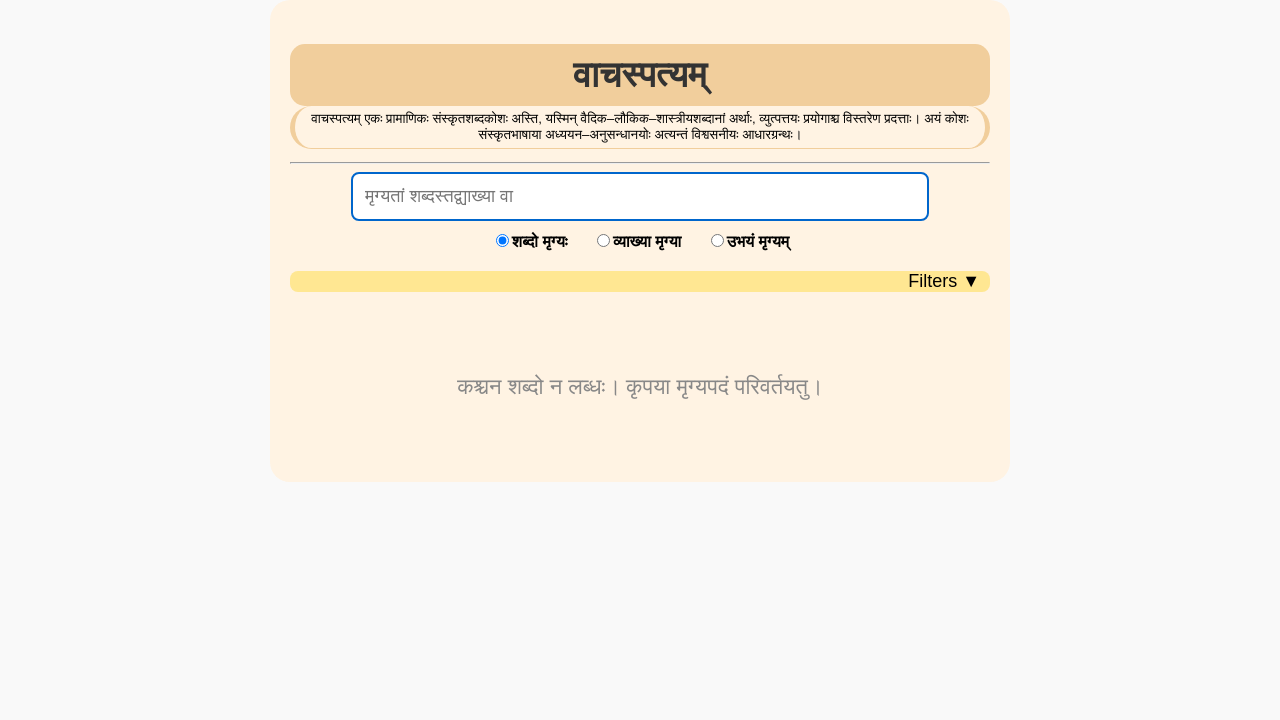
Repository: sanskritsphere/vachaspatyam-demo
Page: index.html
An editor plug-in stored every save of this project. The page is shown before and after the next save, followed by the edit.
The browser window is 1280 px wide. The pictures show the whole page.

Above is the page before, as saved 2025-12-14 17:03:56.

### index.html
<!DOCTYPE html>
<html lang="sa">
<head>
    <meta charset="UTF-8">
    <meta name="viewport" content="width=device-width, initial-scale=1.0">
    <link rel="styleSheet" type="text/css" href="style.css">
    <title>वाचस्पत्यम् शब्दकोशः</title>

</head>
<body>
    <div class="container">
    <header>
        <h1>वाचस्पत्यम्</h1>
    <p class="small">वाचस्पत्यम् एकः प्रामाणिकः संस्कृतशब्दकोशः अस्ति, यस्मिन् वैदिक–लौकिक–शास्त्रीयशब्दानां अर्थाः, व्युत्पत्तयः प्रयोगाश्च विस्तरेण प्रदत्ताः।
अयं कोशः संस्कृतभाषाया अध्ययन–अनुसन्धानयोः अत्यन्तं विश्वसनीयः आधारग्रन्थः।</p>
    </header>
    <hr>

    <div id="searchContainer">
        <input type="text" id="search" placeholder="मृग्यतां शब्दस्तद्व्याख्या वा">
        <div class="search-options">
            <label><input type="radio" name="searchMode" value="wordOnly" checked>शब्दो मृग्यः</label>
            <label><input type="radio" name="searchMode" value="meaningOnly">व्याख्या मृग्या</label>
            <label><input type="radio" name="searchMode" value="both">उभयं मृग्यम्</label>
        </div>
    </div>
    <div class="toggle-btn" id="toggleFilters">
    Filters
    <span class="arrow">▼</span>
 </div>
    <div class="filters" id="filtersPanel">
        <div class="filter-group" id="startingLetterGroup">
            <label>आद्यक्षरानुक्रमेण पृथक्करणम्</label>
            <select id="startingLetterFilter">
                <option value="">सर्वाणि आद्यक्षराणि</option>
            </select>
        </div>

        <div class="filter-group" id="gcGroup">
            <label>लिङ्गशः पृथक्करणम्</label>
            <select id="gcFilter">
                <option value="">सर्वलिङ्गानि</option>
            </select>
        </div>

        <!-- टैग विज़िबिलिटी -->
        <div class="filter-group" style="grid-column: 1 / -1;" id="tagVisibilityGroup">
            <label>दर्शयितुमिष्टानि खण्डानि चिन्वीत</label>
            <div class="tag-visibility" id="tagVisibility">
                <!-- डायनामिकली जनरेट होगा -->
            </div>
        </div>

        <!-- नए टैग फ़िल्टर सेक्शन -->
        <div class="filter-group" style="grid-column: 1 / -1;" id="tagFiltersGroup">
            <label>टैग्-मूल्येन विशिष्टमानानि चीयन्ताम्</label>
            <div class="tag-filters" id="tagFilters">
                <!-- XML से सभी टैग्स के लिए डायनामिक सिलेक्ट बॉक्स जनरेट होंगे -->
            </div>
        </div>
    </div>

    <div id="results"></div>
</div>
    <script>

        let dictionary = [];
        let allTags = new Set();
        let filteredEntries = [];
        let tagValues = {}; // { tag: Set of values }
        let startingLetters = new Set();
        let gcValues = new Set();
        let currentPage = 1;
        const itemsPerPage = 2;
        // XML फ़ाइल लोड करना
        fetch('vachaspatyam.xml')
            .then(response => response.text())
            .then(xmlText => {
                const parser = new DOMParser();
                const xml = parser.parseFromString(xmlText, "application/xml");
                const entries = xml.querySelectorAll('entry');

                entries.forEach(entry => {
                    const obj = {};
                    entry.querySelectorAll('*').forEach(child => {
                        const tagName = child.tagName;
                        allTags.add(tagName);

                        if (!obj[tagName]) obj[tagName] = [];
                        const value = child.textContent.trim();
                        if (value) obj[tagName].push(value);

                        // टैग वैल्यूज़ कलेक्ट करना
                        if (!tagValues[tagName]) tagValues[tagName] = new Set();
                        tagValues[tagName].add(value);

                        // विशेष हैंडलिंग
                        if (tagName === 'V' && value) {
                            startingLetters.add(value[0]);
                        }
                        if (tagName === 'GC' && value) {
                            gcValues.add(value);
                        }
                    });
                    dictionary.push(obj);
                });

                generateDynamicFilters();
                generateTagVisibility();
                generateTagFilters(); // नया फ़ीचर
                // renderEntries(dictionary);
                currentPage = 1;
                renderPaginatedEntries('');
            })
            .catch(err => {
                document.getElementById('results').innerHTML =
                    '<p class="no-results">vachaspatyam.xml इति संचिका न लब्धा। कृपया तां स्थापयतु।</p>';
                console.error(err);
            });

        function generateDynamicFilters() {
            const startingSelect = document.getElementById('startingLetterFilter');
            [...startingLetters].sort().forEach(letter => {
                const opt = document.createElement('option');
                opt.value = letter;
                opt.textContent = letter;
                startingSelect.appendChild(opt);
            });

            const gcSelect = document.getElementById('gcFilter');
            [...gcValues].sort().forEach(gc => {
                const opt = document.createElement('option');
                opt.value = gc;
                opt.textContent = gc;
                gcSelect.appendChild(opt);
            });
        }

        function generateTagVisibility() {
            const container = document.getElementById('tagVisibility');
            container.innerHTML = '';
            [...allTags].sort().forEach(tag => {
                const label = document.createElement('label');
                const checkbox = document.createElement('input');
                checkbox.type = 'checkbox';
                checkbox.id = 'show' + tag;
                checkbox.checked = tag === 'V' || tag === 'WM'; // डिफ़ॉल्ट V और WM दिखाएँ
                label.appendChild(checkbox);
                label.appendChild(document.createTextNode(' ' + tag));
                container.appendChild(label);
            });
        }

        function generateTagFilters() {
            const container = document.getElementById('tagFilters');
            container.innerHTML = '';
            [...allTags].sort().forEach(tag => {
                if (tag === 'V') return; // V के लिए पहले से आदि अक्षर फ़िल्टर है

                const group = document.createElement('div');
                group.className = 'filter-group';

                const label = document.createElement('label');
                label.textContent = `${tag} मूल्येन पृथक्करोतु`;
                group.appendChild(label);

                const select = document.createElement('select');
                select.id = 'filter_' + tag;
                select.innerHTML = '<option value="">सर्वाणि</option>';

                // टैग के सभी यूनिक वैल्यूज़ जोड़ना
                [...tagValues[tag]].sort().forEach(val => {
                    const opt = document.createElement('option');
                    opt.value = val;
                    opt.textContent = val;
                    select.appendChild(opt);
                });

                group.appendChild(select);
                container.appendChild(group);
            });
        }

        function getMeaningText(entry) {
            let text = '';
            Object.keys(entry).forEach(key => {
                if (key !== 'V') {
                    text += entry[key].join(' ') + ' ';
                }
            });
            return text;
        }

function renderPaginatedEntries(query) {
    const resultsDiv = document.getElementById('results');
    resultsDiv.innerHTML = '';

    if (filteredEntries.length === 0) {
        resultsDiv.innerHTML = '<p class="no-results">कश्चन शब्दो न लब्धः। कृपया मृग्यपदं परिवर्तयतु।</p>';
        return;
    }

    // Pagination calculate
    const startIndex = (currentPage - 1) * itemsPerPage;
    const endIndex = Math.min(startIndex + itemsPerPage, filteredEntries.length);
    const pageEntries = filteredEntries.slice(startIndex, endIndex);

    // Entries render करना
    pageEntries.forEach(entry => {
        const div = document.createElement('div');
        div.className = 'entry';

        const headWord = entry.V ? highlightText(entry.V[0], query) : 'अज्ञातः';
        div.innerHTML = `<h3>${headWord}</h3>`;

        const tagsDiv = document.createElement('div');

        allTags.forEach(tag => {
            const checkbox = document.getElementById('show' + tag);
            if (checkbox && checkbox.checked && entry[tag]) {
                entry[tag].forEach(value => {
                    const highlightedValue = highlightText(value, query);

                    if (tag === 'WM' || tag === 'EXP') {
                        tagsDiv.innerHTML += `
                            <div class="content">
                                <span class="tag-name">${tag}:</span>
                                ${highlightedValue}
                            </div>`;
                    } else {
                        tagsDiv.innerHTML += `
                            <span class="tag">
                                <span class="tag-name">${tag}:</span>
                                ${highlightedValue}
                            </span>`;
                    }
                });
            }
        });

        div.appendChild(tagsDiv);
        resultsDiv.appendChild(div);
    });

    // Pagination controls जोड़ना
    const paginationDiv = document.createElement('div');
    paginationDiv.className = 'pagination';
    paginationDiv.style.textAlign = 'center';
    paginationDiv.style.marginTop = '30px';

    const totalPages = Math.ceil(filteredEntries.length / itemsPerPage);

    // Previous button
    if (currentPage > 1) {
        const prevBtn = document.createElement('button');
        prevBtn.textContent = '← पूर्वपृष्ठम्';
        prevBtn.style.padding = '10px 20px';
        prevBtn.style.margin = '0 10px';
        prevBtn.style.fontSize = '16px';
        prevBtn.onclick = () => {
            currentPage--;
            renderPaginatedEntries(query);
            window.scrollTo(0, 0);
        };
        paginationDiv.appendChild(prevBtn);
    }

    // Page info
    const info = document.createElement('span');
    info.textContent = `पृष्ठ ${currentPage} / ${totalPages} (कुल ${filteredEntries.length} शब्दाः)`;
    info.style.fontSize = '18px';
    info.style.margin = '0 20px';
    paginationDiv.appendChild(info);

    // Next button
    if (currentPage < totalPages) {
        const nextBtn = document.createElement('button');
        nextBtn.textContent = 'अग्रपृष्ठम् →';
        nextBtn.style.padding = '10px 20px';
        nextBtn.style.margin = '0 10px';
        nextBtn.style.fontSize = '16px';
        nextBtn.onclick = () => {
            currentPage++;
            renderPaginatedEntries(query);
            window.scrollTo(0, 0);
        };
        paginationDiv.appendChild(nextBtn);
    }

    resultsDiv.appendChild(paginationDiv);
}

function filterEntries() {
    let filtered = dictionary;

    const query = document.getElementById('search').value.trim();
    const searchMode = document.querySelector('input[name="searchMode"]:checked').value;

    if (query) {
        if (searchMode === 'wordOnly') {
            filtered = filtered.filter(entry => entry.V && entry.V.some(v => v.includes(query)));
        } else if (searchMode === 'meaningOnly') {
            filtered = filtered.filter(entry => getMeaningText(entry).includes(query));
        } else {
            filtered = filtered.filter(entry =>
                (entry.V && entry.V.some(v => v.includes(query))) ||
                getMeaningText(entry).includes(query)
            );
        }
    }

    const startingLetter = document.getElementById('startingLetterFilter').value;
    if (startingLetter) {
        filtered = filtered.filter(entry => entry.V && entry.V[0].startsWith(startingLetter));
    }

    const gc = document.getElementById('gcFilter').value;
    if (gc) {
        filtered = filtered.filter(entry => entry.GC && entry.GC.includes(gc));
    }

    // सभी टैग फ़िल्टर्स
    allTags.forEach(tag => {
        const select = document.getElementById('filter_' + tag);
        if (select && select.value) {
            const filterValue = select.value;
            filtered = filtered.filter(entry =>
                entry[tag] && entry[tag].includes(filterValue)
            );
        }
    });

    // नया: filtered list को global में save करें
    filteredEntries = filtered;
    currentPage = 1;  // नया filter लगने पर पहला page दिखाएँ
    renderPaginatedEntries(query);
}

        // for highlight
            function highlightText(text, query) {
                if (!query) return text;
                const regex = new RegExp(`(${query})`, 'gi');
                return text.replace(regex, '<mark>$1</mark>');
            }

        // टॉगल बटन
    document.getElementById('toggleFilters').addEventListener('click', () => {
    const panel = document.getElementById('filtersPanel');
    const btn = document.getElementById('toggleFilters');
    btn.classList.toggle('active');
    panel.style.display = panel.style.display === 'block' ? 'none' : 'block';

    if (panel.classList.contains('show')) {
        panel.classList.remove('show');
        setTimeout(() => {
            panel.style.display = 'none';
        }, 1); // CSS transition duration के बराबर
    } else {
        panel.style.display = 'grid';
        // थोड़ा सा delay ताकि display apply हो जाए
        requestAnimationFrame(() => {
            panel.classList.add('show');
        });
    }
});


    function generateTagVisibility() {
    const container = document.getElementById('tagVisibility');
    container.innerHTML = '';

    // टैग नेम → संस्कृत में पूरा लेबल (विवरण)
    const tagLabels = {
        V:    "शब्दः (Vocable)",
        GC:   "लिङ्गम् (Grammatical Category)",
        GR:   "व्युत्पत्तिः (Grammar & Root)",
        ET:   "व्युत्पत्ति-विवरणम् (Etymology)",
        EXP:  "व्याख्या (Explanation)",
        CA:   "समास-विश्लेषणम् (Compound Analysis)",
        CT:   "उद्धरणम् (Citation Text)",
        RM:   "सन्दर्भः (Reference Mode)",
        WM:   "मुख्यार्थः (Word Meaning)"
        // यदि भविष्य में नया टैग जोड़ा जाए तो यहाँ उसका विवरण जोड़ सकते हैं
    };

    [...allTags].sort().forEach(tag => {
        const label = document.createElement('label');
        const checkbox = document.createElement('input');
        checkbox.type = 'checkbox';
        checkbox.id = 'show' + tag;
        // डिफ़ॉल्ट: V और WM हमेशा चेक रहें
        checkbox.checked = (tag === 'V' || tag === 'WM');

        label.appendChild(checkbox);
        // विवरण यदि उपलब्ध हो तो दिखाएँ, अन्यथा केवल टैग नेम
        const displayText = tagLabels[tag] || tag;
        label.appendChild(document.createTextNode(' ' + displayText));

        container.appendChild(label);
    });
}



        // सभी इवेंट्स
        document.getElementById('search').addEventListener('input', filterEntries);
        document.querySelectorAll('input[name="searchMode"]').forEach(radio => radio.addEventListener('change', filterEntries));
        document.getElementById('startingLetterFilter').addEventListener('change', filterEntries);
        document.getElementById('gcFilter').addEventListener('change', filterEntries);
        document.getElementById('filtersPanel').addEventListener('change', filterEntries); // सभी सिलेक्ट और चेकबॉक्स




    </script>
</body>
</html>

### style.css

        body {
            font-family: 'Sanskrit Text', 'Arial Unicode MS', Arial, sans-serif;
            margin: 20px;
            background-color: #f9f9f9;
            direction: ltr;
            margin: 0;
            padding: 0;
        }
        .container{
            width: 95%;
            max-width: 700px;
            margin: auto;
            background-color: #fff3e3;
            padding: 20px;
            border-radius: 20px;
            align-items: center;
            justify-content: center;
        }
        header{
            display: block;
            justify-content: center;
            align-items: center;
            gap: 20px;
        }

       header h1 {
            text-align: center;
            color: #333;
            font-size: 36px;
            background-color: #f1ce9c;
            padding: 10px;
            border-radius: 15px;
            margin-bottom: 0;
        }
       header .small{
            margin-top: 0;
            padding: 5px;
            font-size: smaller;
            border-left: 5px solid #f1ce9c;
            border-radius: 100px ;
            border-right: 5px solid #f1ce9c;
            border-bottom: 1px solid #f1ce9c;
            text-align: center;
        }
        #toggleFilters {
            display: block;
            margin: 20px auto;
            padding: 0px 10px ;
            font-size: 18px;
            background: #ffe792;
            color: rgb(0, 0, 0);
            border: none;
            border-radius: 8px;
            cursor: pointer;
            text-align: right;

        }

        .arrow {
        display: inline-block;
        transition: transform 0.4s ease;
    }

    #toggleFilters.active .arrow {
        transform: rotate(180deg);
    }
        #searchContainer {
            margin-bottom: 20px;
            text-align: center;
        }
        #search {
            width: 80%;
            max-width: 550px;
            padding: 12px;
            font-size: 18px;
            border: 2px solid #0066cc;
            border-radius: 8px;
        }
        .search-options {
            margin-top: 10px;
        }
        .search-options label {
            margin: 0 10px;
            font-weight: bold;
            font-size: 16px;

        }
        .filters {
    margin-bottom: 20px;
    padding: 15px;
    background: #fff;
    border: 1px solid #ddd;
    border-radius: 10px;
    box-shadow: 0 4px 10px rgba(0,0,0,0.1);
    margin-top: 10px;
    /* display: grid; */
    grid-template-columns: repeat(auto-fit, minmax(300px, 1fr));
    gap: 20px;
    max-height: 0;
    opacity: 0;
    overflow: hidden;
    transition: max-height 0.6s ease, opacity 0.6s ease;
    display: none;
}
.filters.show {
    position: relative;
    max-height: 2000px; /* content से ज़्यादा रखो */
    opacity: 1;
   display: block;
}

        .filter-group {
            display: flex;
            flex-direction: column;
        }
        .filter-group label {
            font-weight: bold;
            margin-bottom: 8px;
            color: #333;
            font-size: 18px;
        }
        .filter-group select {
            padding: 8px;
            border-radius: 6px;
            border: 1px solid #ccc;
            font-size: 16px;
            max-width: 300px;
        }
        .tag-visibility {
            display: grid;
            grid-template-columns: repeat(auto-fill, minmax(180px, 1fr));
            gap: 10px;
            margin-top: 10px;
        }
        .tag-visibility label {
            font-weight: normal;
            display: flex;
            align-items: center;
            font-size: 16px;
        }
        .tag-visibility input[type="checkbox"] {
            margin-right: 8px;
        }
        .tag-filters {
            display: grid;
            grid-template-columns: repeat(auto-fill, minmax(250px, 1fr));
            gap: 15px;
            margin-top: 15px;
            padding: 10px;
            background: #fff9f9;
            border-radius: 8px;
        }
        #results {
            display: grid;
            gap: 20px;
        }
        .entry {
            background: white;
            padding: 20px;
            border: 1px solid #ddd;
            border-radius: 10px;
            box-shadow: 0 4px 10px rgba(0,0,0,0.1);
        }
        .entry h3 {
            margin: 0 0 15px 0;
            color: #0066cc;
            font-size: 32px;
            border-bottom: 2px solid #0066cc;
            padding-bottom: 8px;
        }
        .tag {
            display: inline-block;
            background: #e6f2ff;
            color: #0066cc;
            padding: 6px 12px;
            margin: 5px;
            border-radius: 6px;
            font-size: 16px;
            border: 1px solid #b3d9ff;
        }
        .tag-name {
            font-weight: bold;
            margin-right: 8px;
        }
        .content {
            margin-top: 12px;
            line-height: 1.8;
            background: #f8fbff;
            padding: 10px;
            border-radius: 6px;
            border-left: 4px solid #0066cc;
            font-size: 16px;
        }
        .no-results {
            text-align: center;
            color: #888;
            font-size: 22px;
            padding: 40px;
        }
        @media (max-width: 768px) {
            .filters {
                grid-template-columns: 1fr;
            width: 92%;
            }
            .tag-visibility, .tag-filters {
                grid-template-columns: 1fr;
            width: 92%;
            }
            #search {
                width: 92%;
            }
            .container{
                margin: 0%;
                width: 100%;
                max-width: 90%;
            }
           .container select{
             max-width: 250px;
            }
        }
    mark {
    background-color: #ffff01;
}.pagination button {
    background-color: #ffe792;
    color: black;
    border: none;
    border-radius: 8px;
    cursor: pointer;
    font-weight: bold;
}

.pagination button:hover {
    background-color: #f1ce9c;
}

After the next save:
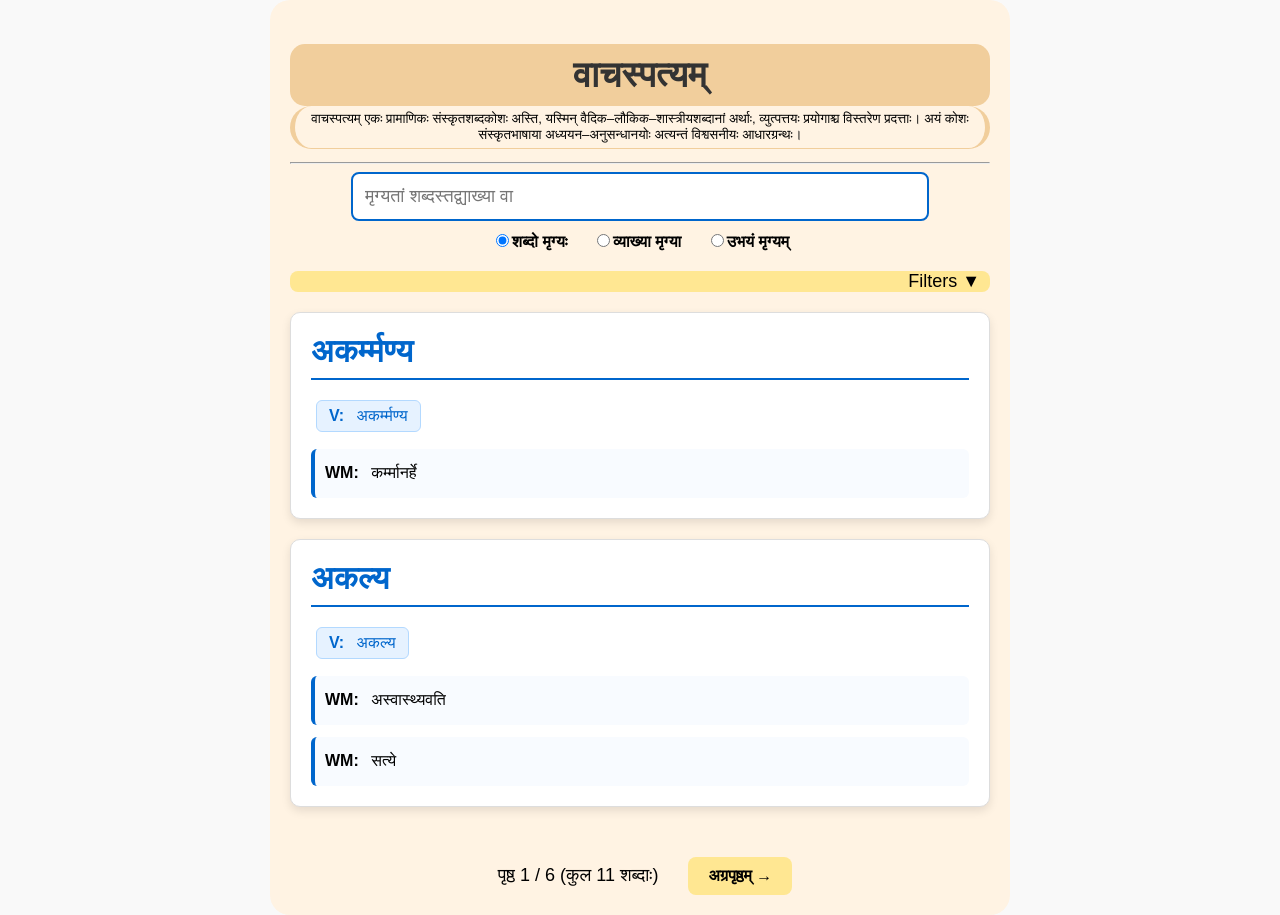
Saved 55 s later.
--- a/index.html
+++ b/index.html
@@ -109,6 +109,7 @@
                 generateTagVisibility();
                 generateTagFilters(); // नया फ़ीचर
                 // renderEntries(dictionary);
+                filteredEntries = dictionary;
                 currentPage = 1;
                 renderPaginatedEntries('');
             })
